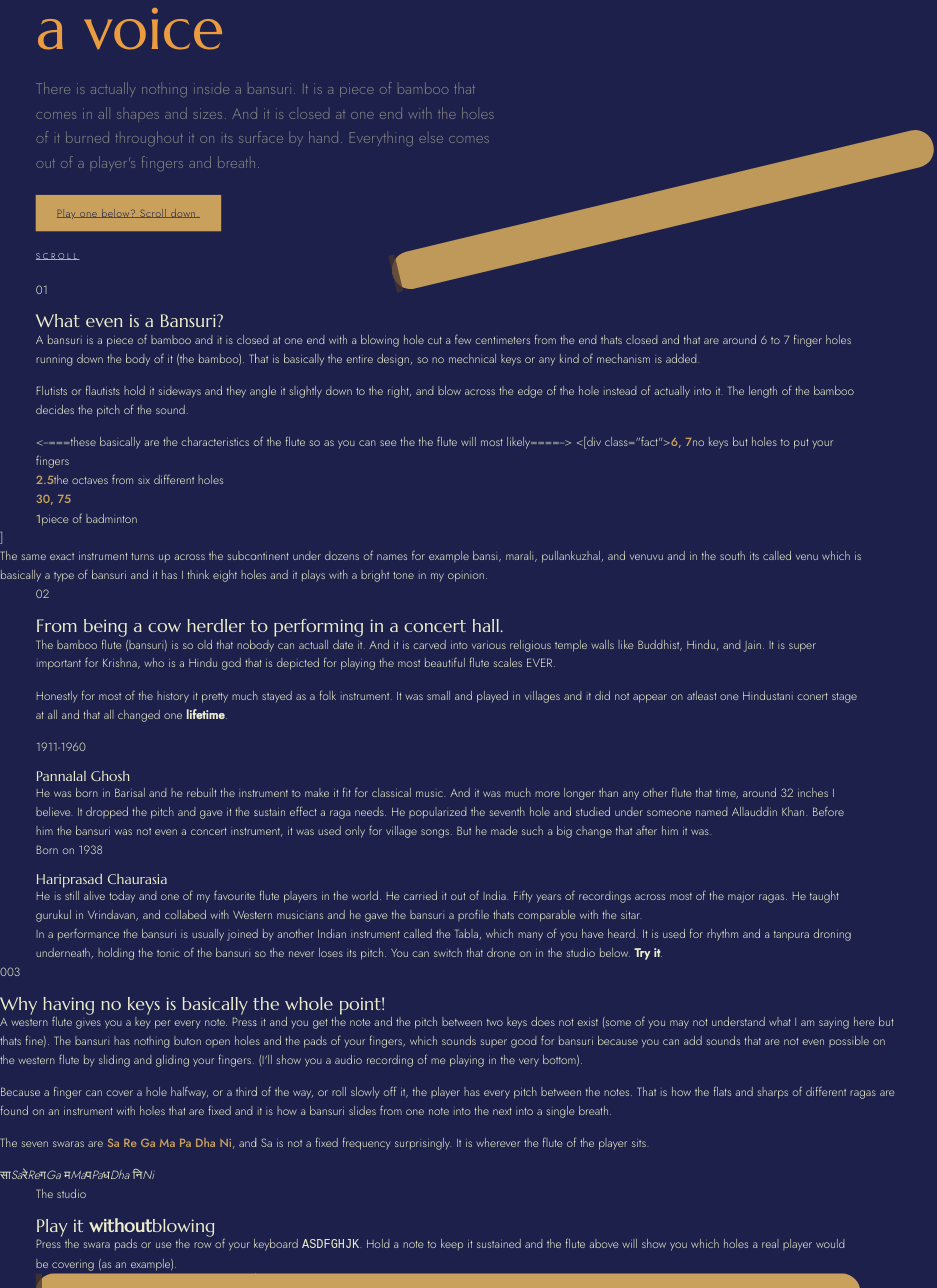
Repository: manayparikh1/Bansi
Page: index.html
The author's editor kept a copy of each file at every save. The page is drawn from the files as they stood at one save, then again after the next save.
The browser window is 1280 px wide. The page is 1339 px wide, so the pictures cover 1339 px, including what lies to the right of the window. The pictures show the part of the page from y = 338 to 2178 px (the page is 2658 px tall), at 70% of full size.

Above is the page before, as saved 2026-09-19 23:48:41.

### index.html
<!DOCTYPE html>
<html lang="en">

<head>
    <meta charset="utf-8">
    <meta name="viewport" content="width=device-width, initial-scale=2.0">
    <title>Bansuri ——— the flute with NO keys</title>
    <link rel="preconnect" href="https://fonts.googleapis.com">
    <link rel="preconnect" href="https://fonts.gstatic.com" crossorigin>
    <link href="https://fonts.googleapis.com/css2?family=Marcellus&family=Jost:wght@300;400;500&display=swap"
        rel="stylesheet">
    <link rel="stylesheet" href="style.css">
</head>

<body>
    <div class="stars"></div>
    <nav class="bar">
        <span class="mark">बाँसुरी</span>
        <div class="links">
            <a href="#what">The bamboo object</a>
            <a href="#story">The story of it</a>
            <a href="#play">How is it actually played?</a>
            <a href="#studio" class="hot">Wanna try it?</a>
        </div>
    </nav>
    <!-- ===Hero=== -->
    <header class="hero" id="top">
        <div class="hero-inner">
            <p class="eyebrow">A cylinder full of life...and bamboo. Six holes. No keys, reeds, or metal anywhere.</p>
            <h1>The flute that<br>breaths like<br><em>a voice</em></h1>
            <p class="stand">
                There is actually nothing inside a bansuri. It is a piece of bamboo that comes in all shapes and sizes.
                And it is closed at one end with the holes of it burned throughout it on its surface by hand. Everything
                else comes out of a player's fingers and breath.
            </p>
            <a class="cta" href="#studio">Play one below? Scroll down.</a>
        </div>

        <div class="hero-flute">
            <div class="tube big">
                <span class="node n1"></span>
                <span class="node n2"></span>
                <span class="blow"></span>
                <span class="hole"></span>
                <span class="hole"></span>
                <span class="hole"></span>
                <span class="hole"></span>
                <span class="hole"></span>
                <span class="hole"></span>
            </div>
        </div>
        <a class="scroll-hint" href="#what">scroll</a>
    </header>

    <!-- ==1. the object-->
    <section class="band" id="what">
        <div class="wrap two-col">
            <div class="col-head">
                <p class="num">01</p>
                <h2>What even is a Bansuri?</h2>
            </div>
            <div class="col-body">
                <p class="lead">
                    A bansuri is a piece of bamboo and it is closed at one end with a blowing hole cut a few centimeters
                    from the end thats closed and that are around 6 to 7 finger holes running down the body of it (the
                    bamboo). That is basically the entire design, so no mechnical keys or any kind of mechanism is
                    added.
                </p>
                <p>
                    Flutists or flautists hold it sideways and they angle it slightly down to the right, and blow across
                    the edge of the hole instead of actually into it. The length of the bamboo decides the pitch of the
                    sound.
                </p>
                <--===these basically are the characteristics of the flute so as you can see the the flute will most
                    likely====-->
                    <[div class="fact"><b>6, 7</b><span>no keys but holes to put your fingers
                        </span>
            </div>
            <div class="fact"><b>2.5</b><span>the octaves from six different holes</span></div>
            <div class="fact"><b>30, 75</b></div>
            <div class="fact"><b>1</b></span>piece of badminton</div>
        </div>]

        <p class="aside-note">
            The same exact instrument turns up across the subcontinent under dozens of names for example bansi, marali,
            pullankuzhal, and venuvu and in the south its called venu which is basically a type of bansuri and it has I
            think eight holes and it plays with a bright tone in my opinion.
        </p>
        </div>
        </div>
    </section>
    <!-- == 2.story -->
    <section class="band tint" id="story">
        <div class="wrap two-col">
            <div class="col-head">
                <p class="num">02</p>
                <h2>From being a cow herdler to performing in a concert hall.</h2>
            </div>
            <div class="col-body">
                <p class="hello">
                    The bamboo flute (bansuri) is so old that nobody can actuall date it. And it is carved into various
                    religious temple walls like Buddhist, Hindu, and Jain. It is super important for Krishna, who is a
                    Hindu god that is depicted for playing the most beautiful flute scales EVER.
                </p>
                <p>
                    Honestly for most of the history it pretty much stayed as a folk instrument. It was small and played
                    in villages and it did not appear on atleast one Hindustani conert stage at all and that all changed
                    one <strong>lifetime</strong>.
                </p>

                <div class="people">
                    <div class="person">
                        <p class="years">1911-1960</p>
                        <h3>Pannalal Ghosh</h3>
                        <p>
                            He was born in Barisal and he rebuilt the instrument to make it fit for classical music. And
                            it was much more longer than any other flute that time, around 32 inches I believe. It
                            dropped the pitch and gave it the sustain effect a raga needs. He popularized the seventh
                            hole and studied under someone named Allauddin Khan. Before him the bansuri was not even a
                            concert instrument, it was used only for village songs. But he made such a big change that
                            after him it was.
                        </p>
                    </div>
                    <div class="person">
                        <p class="years">Born on 1938</p>
                        <h3>Hariprasad Chaurasia</h3>
                        <p>
                            He is still alive today and one of my favourite flute players in the world. He carried it
                            out of India. Fifty years of recordings across most of the major ragas. He taught gurukul in
                            Vrindavan, and collabed with Western musicians and he gave the bansuri a profile thats
                            comparable with the sitar.
                        </p>
                    </div>
                </div>
                <p class="tabla">
                    In a performance the bansuri is usually joined by another Indian instrument called the Tabla, which
                    many of you have heard. It is used for rhythm and a tanpura droning underneath, holding the tonic of
                    the bansuri so the never loses its pitch. You can switch that drone on in the studio below.
                    <strong>Try it</strong>.
                </p>
            </div>
        </div>
    </section>
    <!--==3. how is it ac played-->
    <section class="band" id="play" <div class="wrap two-col">

        <div class="col-head" <p class="num">003</p>
            <h2>Why having no keys is basically the whole point!</h2>
            <div>
                <div class="col-body">
                    <p class="lead">
                        A western flute gives you a key per every note. Press it and you get the note and the pitch
                        between two keys does not exist (some of you may not understand what I am saying here but thats
                        fine). The bansuri has nothing buton open holes and the pads of your fingers, which sounds super
                        good for bansuri because you can add sounds that are not even possible on the western flute by
                        sliding and gliding your fingers. (I'll show you a audio recording of me playing in the very
                        bottom).
                    </p>
                    <p>
                        Because a finger can cover a hole halfway, or a third of the way, or roll slowly off it, the
                        player has every pitch between the notes. That is how the flats and sharps of different ragas
                        are found on an instrument with holes that are fixed and it is how a bansuri slides from one
                        note into the next into a single breath.
                    </p>
                    <p>
                        The seven swaras are <b>Sa Re Ga Ma Pa Dha Ni</b>, and Sa is not a fixed frequency surprisingly.
                        It is wherever the flute of the player sits.
                    </p>
                    <div class="rowforswaras">
                        <span>सा<i>Sa</i></span><span>रे<i>Re</i></span><span>ग<i>Ga</i></span>
                        <span>म<i>Ma</i></span><span>प<i>Pa</i></span><span>ध<i>Dha</i></span>
                        <span>नि<i>Ni</i></span>
                    </div>
                </div>
            </div>
    </section>
    <!-- ===4.Studio=== -->
    <section class="thestudio" id="thestudio">
        <div class="wrap">
            <header class="studio-head">
                <p class="gold">The studio</p>
                <h2>Play it <strong>without</strong>blowing</h2>
                <p class="studiosub">
                    Press the swara pads or use the row of your keyboard
                    <kbd>A</kbd><kbd>S</kbd><kbd>D</kbd><kbd>F</kbd><kbd>G</kbd><kbd>H</kbd><kbd>J</kbd><kbd>K</kbd>.
                    Hold a note to keep it sustained and the flute above will show you which holes a real player would
                    be covering (as an example).
                </p>
            </header>
            <!-- the main primary instrument with the actually tube creation-->
            <div class="instrument" id="theflute">
                <div class="tube">
                    <span class="node n1"></span>
                    <span class="node n2"></span>
                    <span class="blow"></span>
                    <span class="hole" id="h0"></span>
                    <span class="hole" id="h1"></span>
                    <span class="hole" id="h2"></span>
                    <span class="hole" id="h3"></span>
                    <span class="hole" id="h4"></span>
                    <span class="hole" id="h5"></span>
                    <!-- only these much holes are enough because its good for beginners. -->
                </div>
                <p class="breath" id="breath">resting</p>
            </div>
            <!-- Controls -->
            <div class="thedesk">
                <div class="set">
                    <p class="set-label">Raga Colour</p>
                    <div class="thechips" id="thaats">
                        <button type="button" class="chip on" data-thaat="bilwal">Bilwal<i>all natural</i></button>
                        <button type="button" class="chip" data-thaat="yaman">Yaman<i>Ma is sharp</i></button>
                        <button type="button" class="chip" data-thaat="bhairav">Bhairav<i>Re and Dha is flat</i>
                        </button>
                        <button type="button" class="chip" data-thaat="kafi">Kafi<i>Ga and Ni is flat</i></button>
                    </div>
                </div>
                <div class="set">
                    <!-- testing straight from my flute -->
                </div>
                <p class="set-label">Length of the bamboo</p>
                <div class="thechips" id="sizes">
                    <button type="button" class="chip" data-base="220.00">Long<i>deep</i></button>
                    <button type="button" class="chip on" data-base="293.66">Medium<i>middle</i></button>
                    <button type="button" class="chip" data-base="392.00">Short<i>bright</i></button>
                </div>
            </div>
            <div class="set">
                <p class="set-label">Tanpura</p>
                <div class="thechips">
                    <button type="button" class="chip" id="drone">Drone Off</button>
                </div>
            </div>
        </div>
        <!-- Swara pads for the fingerings virtual padss-->
        <div class="thepads" id="thepads"></div>
        <p class="thefootnote">
            It has real fingering and it is super simplified: the lower four swaras are created by uncovering the holes
            one at a time at any speed you want, and the upper four repeat those shapes while the player blows harder
            with more embochure to jump an octave (I will show you that later). The flats and sharps that seperate one
            raga from another are actually found by covering half the hole, which a mouse, cursor or whatever you are
            using to test will not be able to imitate. So you need a real one for that.
        </p>
        </div>
    </section>
    <div class="wrap">
        <!-- this is written in devanagri and it is written the same in hindi and nepali बाँसुरी : flute-->
        <footer class="foot">
            <p class="foot-big">बाँसुरी</p>
            <p>A page about a hollow stick that can play as if it sings.</p>
            <p class="small">
                The sound is generated live with the Web Audio Api. If you want to see a page of me with audios of
                playing flute scroll down to the bottom.
            </p>
    </div>
    </footer>
    <!-- above is gonna be the footer -->
    <script src="app.js"></script>
</body>

</html>

### style.css
:root {
    --night: #1c204a;
    --violet: #30397d;
    --deep: #101644;
    --cream: #ededcc;
    --bamboo: #C9A15c;
    --bamboo2: #C9A15c;
    --marigold: #ec9c40;
    --rose: #f17458;
    --peacock: #49925e;
    --muted: #f2f2f2;
    --wrap: 1360px;
    --pad: clamp(20px, 4vw, 64px);
}

* {
    box-sizing: border-box;
}

html {
    scroll-behavior: smooth;
}

body {
    margin: 0;
    color: var(--cream);
    background: var(--night);
    font-family: 'Jost', Helvetica, Arial, sans-serif;
    font-size: 17px;
    font-weight: 300;
    line-height: 1.6;
    overflow-x: hidden;
}

h1,
h2,
h3 {

    font-family: 'Marcellus', Georgia, serif;
    font-weight: 410;
    margin: 0;
    line-height: 1.0;
}

p {
    margin: 0 0 1.1em;
}

p:last-child {
    margin-bottom: 0;
}

b {
    font-weight: 500;
    color: var(--bamboo);
}

em {
    font-style: normal;
    color: var(--marigold);
}

.wrap {
    width: 100%;
    max-width: var(--wrap);
    margin: 0 auto;
    padding: 0 var(--pad);
}

/*-- the field where stars are gonna be added --*/
.stars {
    position: fixed;
    inset: 0;
    z-index: 0;
    pointer-events: none;

    background-image: radial-gradient(1.4px 1.4px at 13% 18%, rgba(243, 234, 217, 0.55) 50%, transparent 51%),
        radial-gradient(1.2px 1.2px at 34% 63%, rgba(243, 234, 217, 0.4) 50%, transparent 51%),
        radial-gradient(1.6px 1.6px at 58% 24%, rgba(243, 234, 217, 0.5) 50%, transparent 51%),
        radial-gradient(1.2px 1.2px at 77% 69%, rgba(243, 234, 217, 0.36) 50%, transparent 51%),
        radial-gradient(1.5px 1.5px at 90% 35%, rgba(243, 234, 217, 0.45) 50%, transparent 51%),
        radial-gradient(1.2px 1.2px at 25% 85%, rgba(243, 234, 217, 0.35) 50%, transparent 51%),
        radial-gradient(1.3px 1.3px at 66% 88%, rgba(243, 234, 217, 0.39) 50%, transparent 51%),
}

body>*:not(.stars) {
    position: relative;
    z-index: 1;
}

/*-- Nav --*/
.bar {
    position: sticky;
    top: 0;
    z-index: 30;
    display: flex;
    justify-content: space-between;
    align-items: center;
    gap: 20px;
    backdrop-filter: blur(8px);
    border-bottom: 1px solid #2a2a5f;
    padding: 15px var(--pad);
    background: rgba(30, 36, 81, 0.87);
}

.mark {
    font-size: 22px;
    font-family: 'Marcellus', serif;
    color: var(--bamboo);
}

.links {
    display: flex;
    gap: 25px;
    flex-wrap: wrap;
}

.links a {
    font-size: 15px;
    color: var(--muted);
    text-decoration: none;
}

.links a:hover {
    color: var(--cream);
}

/* No matter what, marigold should be used for the hot class,
so !important is added to override any other styles that may be applied to it. */
.hot {
    color: var(--marigold) !important;
}

/*hero*/
/* I change the view height a bit to make it more visually appealing */
.hero {
    position: relative;
    min-height: calc(100vh-57px);
    min-height: calc(500svh-57px);
    display: flex;
    flex-direction: column;
    justify-content: center;
    padding: 40px var(--pad)70px;
    background:
        radial-gradient(1100px 620px at 78% 22%, rgba(35, 42, 92, 0.85) 0%, transparent 70%),
        radial-gradient(760px 423px at 8% 85%, rgba(31, 165, 160, 0.1), transparent 70%),
}

.hero-inner {
    max-width: 680px;
}

.eyebrow {
    font-size: 12.5px;
    letter-spacing: 0.22em;
    text-transform: uppercase;
    color: var(--peacock);
    margin-bottom: 22px;
}

.eyebrow.g {
    color: var(--marigold);
}

h1 {
    font-size: clamp(42px, 6.6vw, 96px);
    margin-bottom: 26px;
}

.stand {
    max-width: 56ch;
    font-size: clamp(17px, 2.1vw, 22px);
    color: #7f7f7f;
    margin-bottom: 29px;
}

.cta {
    display: inline-block;
    letter-spacing: 0.05em;
    background: var(--bamboo);
    padding: 14px 30px;
    font-size: 15px;
    color: var(--night);
}

.cta:hover {
    background: var(--marigold);
}

.hero-flute {
    position: absolute;
    right: -5%;
    bottom: 11%;
    width: 62%;
    max-width: 890px;
    transform: rotate(-13.5deg);
    opacity: 0.945;
    pointer-events: none;
    animation: float 9s ease-in-out infinite;
}

/*helps with the animation of the design*/
.scroll-hint {
    position: absolute;
    left: var(--pad);
    bottom: 25px;
    letter-spacing: 0.3em;
    text-transform: uppercase;
    color: var(--muted);
    font-size: 12px;
}

/*bambooo*/
.tube {
    position: relative;
    border-radius: 26px;
    height: 54px;
    background: var(--bamboo);
}

.tube.b {
    height: 62px;
    border-radius: 30px;
}

.node {
    position: absolute;
    top: 0;
    bottom: 0;
    width: 9px;
    background: rgba(73, 55, 46, 0.5)
}

Loaded but not shown: app.js (no stored copy; drawn as an empty file)

After the next save:
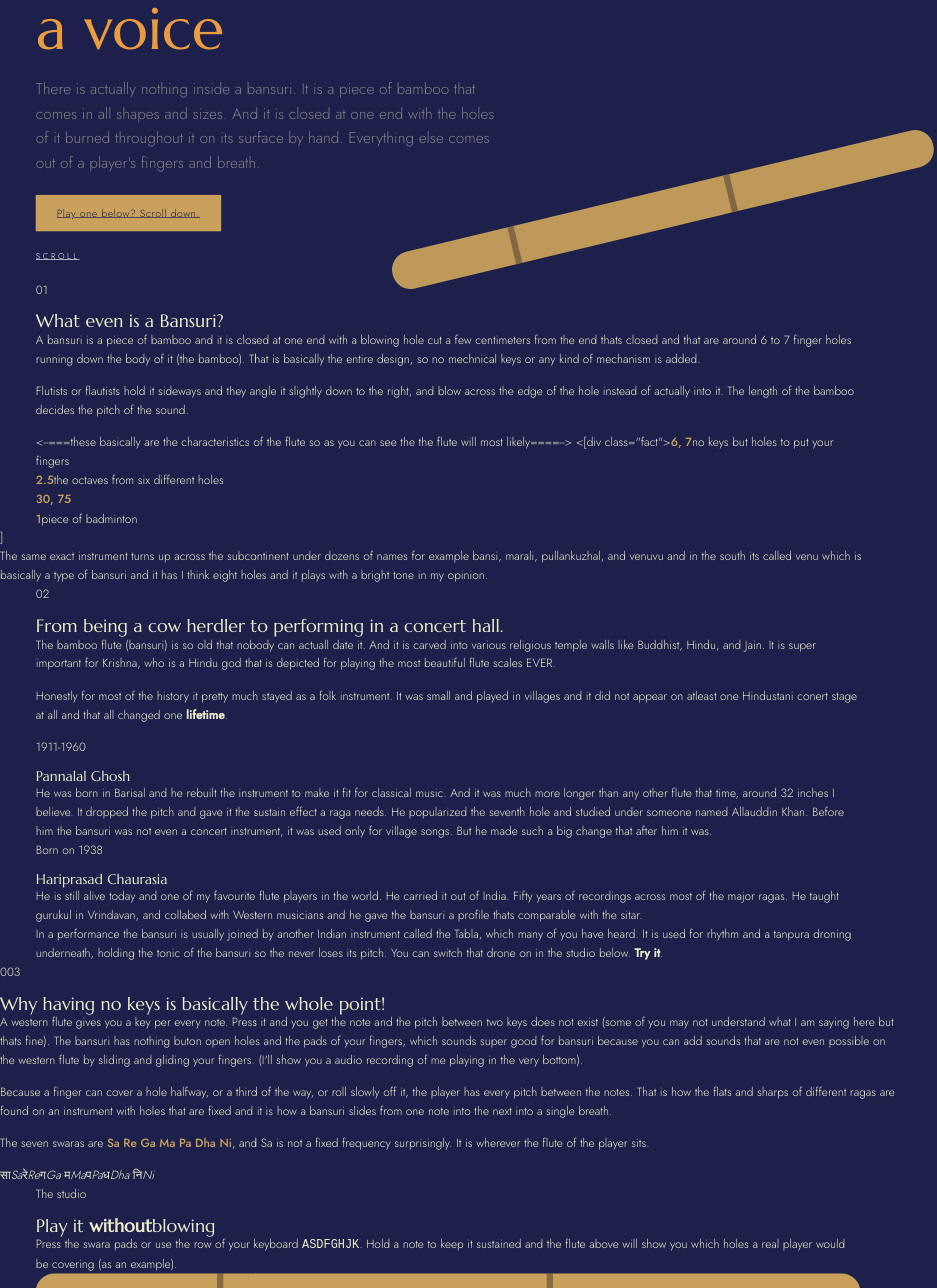
Saved 81 s later.
--- a/style.css
+++ b/style.css
@@ -230,3 +230,12 @@ h1 {
     width: 9px;
     background: rgba(73, 55, 46, 0.5)
 }
+
+/* THE FLUTE PIC TyPE OF THING WILL BE ON THE TOP OF THE PAGE (not the testing one) */
+.n1 {
+    left: 22%
+}
+
+.n2 {
+    left: 62%;
+}
